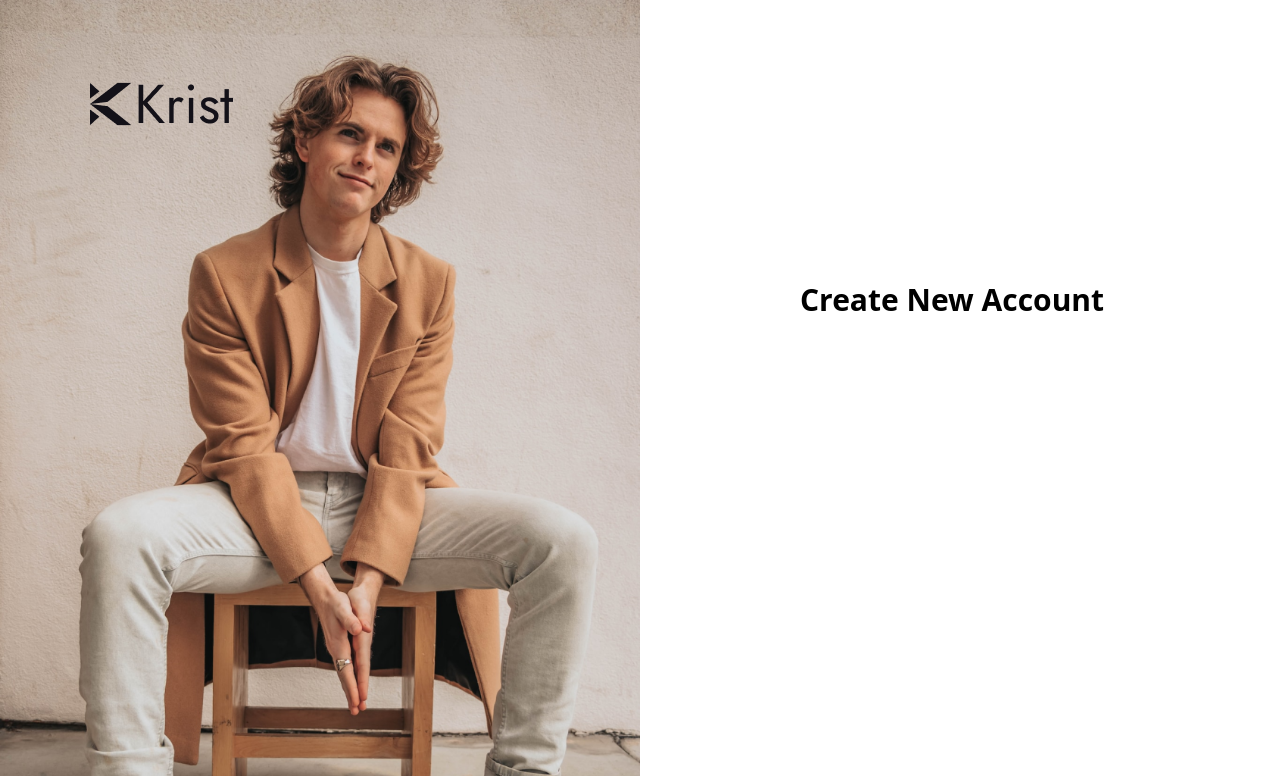
Repository: isaacCodes1/Krist-Website
Page: new-account.html
These files come from the project's save history. The page is drawn as it stood at one moment and after the next save; the edit follows.
The browser window is 1280 px wide. The pictures show the whole page.

Above is the page before, as saved 2024-04-10 13:50:11.

### new-account.html
<!DOCTYPE html>
<html lang="en">
  <head>
    <meta charset="UTF-8" />
    <meta name="viewport" content="width=device-width, initial-scale=1.0" />
    <title>New Account</title>
    <link rel="stylesheet" href="style.css">
  </head>
  <body>
    <div class="image">
        <img src="/Assets/Rectangle 3463272 (1).png" alt="" />
      </div>
      <div class="logo">
        <a href="Home-page.html"><img src="/Assets/Group 56.png" alt="" /></a>
      </div>

      <form class="new" action="">
        <h1 class="create">Create New Account</h1>
      </form>
  </body>
</html>

### style.css
* {
  margin: 0;
  padding: 0;
  box-sizing: border-box;
  font-family: "Times New Roman", Times, serif;
  font-weight: 600;
}
.navBar {
  display: flex;
  align-items: center;
  margin-bottom: 40px;
  position: relative;
}
.navBar img {
  margin-left: 90px;
  padding-top: 20px;
  padding-right: 190px;
}
.logoItems ul {
  display: flex;
  list-style: none;
  padding-top: 20px;
  gap: 70px;
}
.logoItems ul li {
  font-size: 15px;
}
.logoItems ul li:hover {
  transform: scale(1.05);
  font-weight: 700;
}
.shop {
  position: relative;
}
.bx-down-arrow {
  position: absolute;
  left: 9000px;
}
.contact {
  position: relative;
}
.bx-search {
  position: absolute;
  right: 300px;
  top: 37px;
  font-size: 20px;
}
.bx-heart {
  position: absolute;
  right: 270px;
  top: 35px;
  font-size: 20px;
}
.bx-shopping-bag {
  position: absolute;
  right: 240px;
  top: 35px;
  font-size: 20px;
}
.bx-down-arrow {
  position: absolute;
  left: 570px;
  top: 40px;
}
.bx-right-arrow-alt {
  font-size: 15px;
}
.landingPage {
  display: flex;
  flex-direction: column;
  background: rgb(242, 243, 241);
  border-radius: 5 px;
  height: 620px;
  margin-bottom: 50px;
  margin-left: 50px;
  margin-right: 50px;
  position: relative;
}

.landingPageText {
  margin-top: 200px;
  margin-left: 150px;
  position: relative;
}
.landingPageText h1 {
  font-size: 42px;
  font-weight: 900;
}
.landingPage h2 {
  font-size: 85px;
  position: absolute;
  top: 500px;
  left: 30px;
  color: #e4e2e2;
}
.classic {
  font-size: 30px;
  font-weight: 500;
  margin-bottom: 10px;
}
.landingPageText p {
  font-size: 30px;
  font-weight: 400;
  margin-bottom: 20px;
}
button {
  padding: 12px 28px;
  background: #000;
  border: 1px;
  border-radius: 7px;
  transition: all 0.42s ease;
}
button a {
  text-decoration: none;
  font-size: 13px;
  color: #fff;
}
button:hover {
  color: #000;
  background: grey;
}
.landingPage img {
  width: 600px;
  position: absolute;
  top: 120px;
  right: 200px;
  background: transparent;
  height: 80%;
}
.login {
  padding: 12px 28px;
  background: #000;
  border: 1px;
  border-radius: 7px;
  margin-left: 800px;
  position: absolute;
  top: 25px;
}
.login a {
  text-decoration: none;
  font-size: 13px;
  color: #fff;
}
.cards {
  margin-bottom: 70px;
}
.cardstext {
  font-size: 30px;
  margin-left: 90px;
  padding-top: 60px;
  padding-bottom: 30px;
}
.cardsImg {
  display: flex;
  margin-left: 74px;
}
.cardsImg img {
  width: 300px;
  margin-left: 20px;
}
.as1 {
  position: relative;
}
.as2 {
  position: relative;
}
.as3 {
  position: relative;
}
.as4 {
  position: relative;
}
.a1 {
  font-size: 45px;
  color: #fff;
  position: absolute;
  top: 1000px;
  left: 150px;
}
.a2 {
  position: absolute;
  top: 1000px;
  font-size: 45px;
  color: #fff;
  left: 450px;
}
.a3 {
  position: absolute;
  top: 1000px;
  color: #fff;
  font-size: 45px;
  left: 800px;
}
.a4 {
  position: absolute;
  top: 1000px;
  color: #fff;
  font-size: 45px;
  left: 1100px;
}
.but1 {
  background: #fff;
  position: absolute;
  left: 140px;
  font-size: 20px;
  top: 1240px;
  padding: 10px 50px;
  transition: 1s ease-in-out;
}
.but1:hover {
  background: #000;
  color: #fff;
}
.but2 {
  background: #fff;
  position: absolute;
  left: 450px;
  font-size: 20px;
  top: 1240px;
  padding: 10px 50px;
  transition: 1s ease-in-out;
}
.but2:hover {
  background: #000;
  color: #fff;
}
.but3 {
  background: #fff;
  position: absolute;
  left: 780px;
  font-size: 20px;
  top: 1240px;
  padding: 10px 50px;
  transition: 1s ease-in-out;
}
.but3:hover {
  background: #000;
  color: #fff;
}
.but4 {
  background: #fff;
  position: absolute;
  left: 1100px;
  font-size: 20px;
  top: 1245px;
  padding: 8px 50px;
  transition: 1s ease-in-out;
}
.but4:hover {
  background: #000;
  color: #fff;
}
.clothes {
  margin-bottom: 170px;
}
.clothesText {
  text-align: center;
  font-size: 30px;
  margin-bottom: 30px;
}
.clothesImg {
  margin-left: 74px;
}
.clothesImg img {
  width: 300px;
  margin-left: 20px;
}
.sneakers {
  position: relative;
}
.sneakersText {
  position: absolute;
  left: 92px;
  font-size: 15px;
}
.road {
  font-weight: 700;
  font-size: 16px;
}
.cancel {
  left: 50px;
  position: absolute;
  bottom: 0px;
}
.bx-x {
  position: absolute;
  bottom: 0px;
  left: 45px;
  font-weight: 900;
  color: red;
}
.sneakers1 {
  position: relative;
}
.sneakersText1 {
  position: absolute;
  left: 420px;
  font-size: 15px;
}
.road1 {
  font-weight: 700;
  font-size: 16px;
}
.cancel1 {
  left: 50px;
  position: absolute;
  bottom: 0px;
}
.sneakers2 {
  position: relative;
}
.sneakersText2 {
  position: absolute;
  left: 740px;
  font-size: 15px;
}
.road2 {
  font-weight: 700;
  font-size: 16px;
}
.cancel2 {
  position: absolute;
  left: 50px;
  bottom: 0px;
}
.sneakers3 {
  position: relative;
}
.sneakersText3 {
  position: absolute;
  left: 1070px;
  font-size: 15px;
  margin-bottom: 50px;
}
.road3 {
  font-weight: 700;
  font-size: 16px;
}
.cancel3 {
  position: absolute;
  left: 50px;
  bottom: 0px;
}
.sneak {
  margin-bottom: 150px;
}
.deal {
  display: flex;
}
.deals {
  font-size: 30px;
  margin-bottom: 20px;
}
.dealsText {
  margin-left: 94px;
  position: relative;
}
.dealsImg {
  margin-left: 170px;
}
.timer1 {
  border: 1px solid #dbdbdb;
  color: #000;
  background: #fff;
  padding: 7px 9px;
  margin-left: 15px;
}
.timer1:hover {
  background: #fff;
}
.timer1h {
  font-size: 18px;
  font-weight: 700;
}
.pp {
  margin-bottom: 20px;
}
.butto {
  position: absolute;
  top: 231px;
  left: 16px;
}
.forms {
  position: relative;
}
.logo {
  display: flex;
  align-items: center;
  margin-bottom: 40px;
  position: absolute;
  bottom: 550px;
}
.logo img {
  margin-left: 90px;
  margin-top: 100px;
  padding-right: 190px;
}
.image {
  position: relative;
}
.image img {
  background-size: contain;
  width: 50%;
  height: 20%;
}
form {
  position: absolute;
  left: 800px;
  bottom: 300px;
}
form h1 {
  font-size: 40px;
  font-family: system-ui, -apple-system, BlinkMacSystemFont, "Segoe UI", Roboto,
    Oxygen, Ubuntu, Cantarell, "Open Sans", "Helvetica Neue", sans-serif;
  font-weight: bolder;
}
form p {
  color: #dbdbdb;
  font-family: system-ui, -apple-system, BlinkMacSystemFont, "Segoe UI", Roboto,
    Oxygen, Ubuntu, Cantarell, "Open Sans", "Helvetica Neue", sans-serif;
  margin-bottom: 20px;
}
.email {
  position: absolute;
  top: 95px;
}
.inpute {
  position: relative;
  padding-right: 170px;
  padding-left: 10px;
  padding-top: 7px;
  padding-bottom: 7px;
  border-radius: 5px;
  outline: none;
  border: 1px solid #000;
  margin-top: 30px;
}
.inputp {
  position: relative;
  padding-right: 170px;
  padding-left: 10px;
  padding-top: 7px;
  padding-bottom: 7px;
  border-radius: 5px;
  outline: none;
  border: 1px solid #000;
  margin-top: 30px;
  margin-bottom: 20px;
}
.inpute::placeholder {
  font-size: 12px;
}
#place::placeholder {
  font-size: 20px;
  color: #000;
}
.password {
  position: absolute;
  top: 155px;
}
.check {
  position: absolute;
  top: 220px;
  left: 2px;
}
.label1 {
  margin-left: 20px;
  position: absolute;
  top: 220px;
}
.forgot {
  color: #000;
  position: absolute;
  left: 210px;
  font-size: 10px;
  top: 220px;
}
.log {
  position: absolute;
  color: #000;
  background: #fff;
  border: 1px solid black;
  font-family: system-ui, -apple-system, BlinkMacSystemFont, "Segoe UI", Roboto,
    Oxygen, Ubuntu, Cantarell, "Open Sans", "Helvetica Neue", sans-serif;
    left: 800px;
    bottom: 250px;
    padding: 10px 140px;
    border-radius: 7px;
    transition: 1s ease-in-out  ;
}
.log:hover{
  background: #000;
  color: #fff;
}
.lo{
  position: absolute;
  color: #000;
  background: #fff;
  border: 1px solid black;
  font-family: system-ui, -apple-system, BlinkMacSystemFont, "Segoe UI", Roboto,
    Oxygen, Ubuntu, Cantarell, "Open Sans", "Helvetica Neue", sans-serif;
    left: 800px;
    bottom: 180px;
    padding: 10px 110px;
    border-radius: 7px;
    transition: 1s ease-in-out  ;
}
.or{
  position: absolute;
  left: 800px;
  bottom: 220px;
}
.lo:hover{
  background: #000;
  color: #fff;
}
.create{
  font-size: 30px;
  font-family: system-ui, -apple-system, BlinkMacSystemFont, "Segoe UI", Roboto,
    Oxygen, Ubuntu, Cantarell, "Open Sans", "Helvetica Neue", sans-serif;
  font-weight: bolder;
}
.new{
  position: absolute;
  left: 800px;
  bottom: 400px;
}

After the next save:
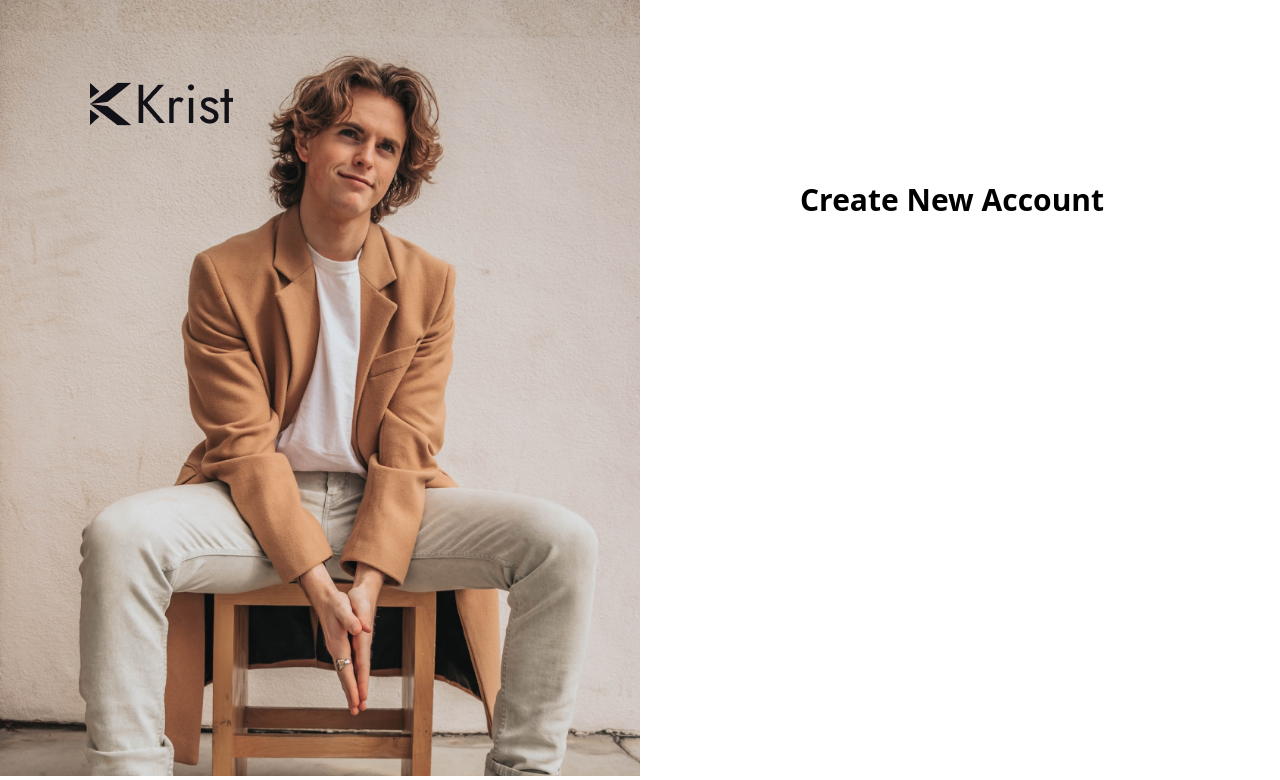
Saved 8 s later.
--- a/style.css
+++ b/style.css
@@ -523,5 +523,5 @@ form p {
 .new{
   position: absolute;
   left: 800px;
-  bottom: 400px;
-}
+  bottom: 500px;
+}
